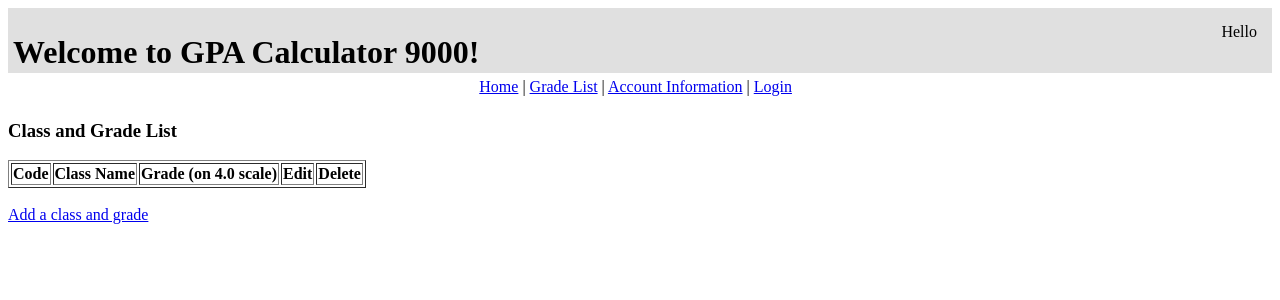
Repository: cheeseburger-engineering/gpaCalculator
Page: http://localhost/GPACalculator/WEB-INF/views/classListView.jsp
These files come from the project's save history. The page is drawn as it stood at one moment and after the next save; the edit follows.
The browser window is 1280 px wide. The pictures show the whole page.
The page is served by Tomcat 9. Nobody is signed in. Other server files are loaded and not shown. The template is opened directly, without the code that normally fills it, so the values that code supplies are empty.

Above is the page before, as saved 2019-06-03 01:16:33.

### GPACalculator/WebContent/WEB-INF/views/classListView.jsp
<%@ page language="java" contentType="text/html; charset=UTF-8"
 pageEncoding="UTF-8"%>
<%@ taglib uri="http://java.sun.com/jsp/jstl/core" prefix="c" %>
<!DOCTYPE html>
<html>
 <head>
    <meta charset="UTF-8">
    <title>Class and Grade List</title>
 </head>
 <body>

    <jsp:include page="_header.jsp"></jsp:include>
    <jsp:include page="_menu.jsp"></jsp:include>

    <h3>Class and Grade List</h3>

    <p style="color: red;">${errorString}</p>

    <table border="1" style="cellpadding:5" style="cellspacing:1" >
       <tr>
          <th>Code</th>
          <th>Class Name</th>
          <th>Grade (on 4.0 scale)</th>
          <th>Edit</th>
          <th>Delete</th>
       </tr>
       <c:forEach items="${gradeList}" var="grade" >
          <tr>
             <td>${grade.code}</td>
             <td>${grade.name}</td>
             <td>${grade.gpa}</td>
             <td>
                <a href="editClass?code=${grade.code}">Edit</a>
             </td>
             <td>
                <a href="deleteClass?code=${grade.code}">Delete</a>
             </td>
          </tr>
       </c:forEach>
    </table>

    <br/>
    <a href="addClass">Add a class and grade</a>

 </body>
</html>

### GPACalculator/WebContent/WEB-INF/views/_header.jsp
<%@ page language="java" contentType="text/html; charset=UTF-8" pageEncoding="UTF-8"%>

<div style="background: #E0E0E0; height: 55px; padding: 5px;">

	<div style="float: left">
		<h1>Welcome to GPA Calculator 9000!</h1>
	</div>

	<div style="float: right; padding: 10px; text-align: right;">
		<!-- User store in session with attribute: loginedUser -->
		Hello <b>${loginedUser.userName}</b>
	</div>

</div>

### GPACalculator/WebContent/WEB-INF/views/_menu.jsp
<%@ page language="java" contentType="text/html; charset=UTF-8" pageEncoding="UTF-8"%>

<div style="padding: 5px;">

	<a href="${pageContext.request.contextPath}/">Home</a>
	|
	<a href="${pageContext.request.contextPath}/classList">Grade List</a>
	|
	<a href="${pageContext.request.contextPath}/accountInfo">Account Information</a>
	|
	<!-- Conditionally display Sign In or Sign Out -->
	<a href="${pageContext.request.contextPath}/login">
		<% if(org.cheeseburger.gpacalculator.utils.MyUtils.getLoginedUser(session) == null){ %>
			Login
		<% } else { %>
			Logout
		<% } %>
	</a>

</div>

### GPACalculator/src/org/cheeseburger/gpacalculator/utils/MyUtils.java
package org.cheeseburger.gpacalculator.utils;
import java.sql.Connection;

import javax.servlet.ServletRequest;
import javax.servlet.http.Cookie;
import javax.servlet.http.HttpServletRequest;
import javax.servlet.http.HttpServletResponse;
import javax.servlet.http.HttpSession;

import org.cheeseburger.gpacalculator.beans.UserAccount;

public class MyUtils {

    public static final String ATT_NAME_CONNECTION = "ATTRIBUTE_FOR_CONNECTION";

    private static final String ATT_NAME_USER_NAME = "ATTRIBUTE_FOR_STORE_USER_NAME_IN_COOKIE";

    // Store Connection in request attribute.
    // (Information stored only exist during requests)
    public static void storeConnection(ServletRequest request, Connection conn) {
        request.setAttribute(ATT_NAME_CONNECTION, conn);
    }

    // Get the Connection object has been stored in attribute of the request.
    public static Connection getStoredConnection(ServletRequest request) {
        Connection conn = (Connection) request.getAttribute(ATT_NAME_CONNECTION);
        return conn;
    }

    // Store user info in Session.
    public static void storeLoginedUser(HttpSession session, UserAccount loginedUser) {
        // On the JSP can access via ${loginedUser}
        session.setAttribute("loginedUser", loginedUser);
    }

    // Get the user information stored in the session.
    public static UserAccount getLoginedUser(HttpSession session) {
        UserAccount loginedUser = (UserAccount) session.getAttribute("loginedUser");
        return loginedUser;
    }

    // Store info in Cookie
    public static void storeUserCookie(HttpServletResponse response, UserAccount user) {
        System.out.println("Store user cookie");
        Cookie cookieUserName = new Cookie(ATT_NAME_USER_NAME, user.getUserName());
        // 1 day (Converted to seconds)
        cookieUserName.setMaxAge(24 * 60 * 60);
        response.addCookie(cookieUserName);
    }

    public static String getUserNameInCookie(HttpServletRequest request) {
        Cookie[] cookies = request.getCookies();
        if (cookies != null) {
            for (Cookie cookie : cookies) {
                if (ATT_NAME_USER_NAME.equals(cookie.getName())) {
                    return cookie.getValue();
                }
            }
        }
        return null;
    }

    // Delete cookie.
    public static void deleteUserCookie(HttpServletResponse response) {
        Cookie cookieUserName = new Cookie(ATT_NAME_USER_NAME, null);
        // 0 seconds (This cookie will expire immediately)
        cookieUserName.setMaxAge(0);
        response.addCookie(cookieUserName);
    }

}

After the next save:
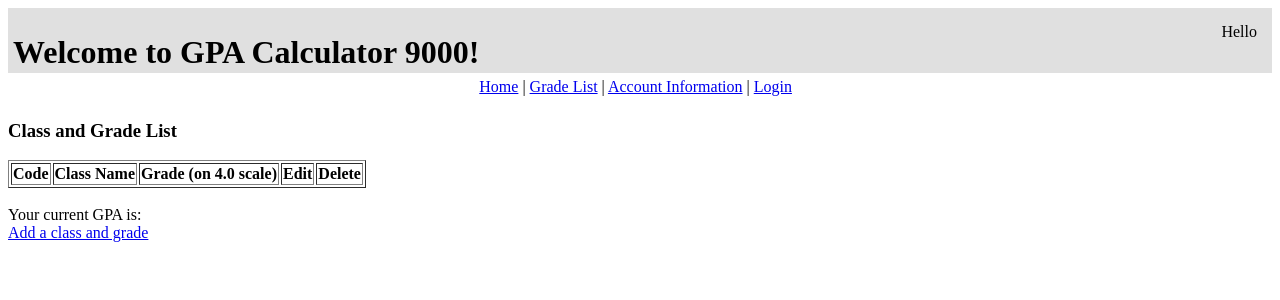
Saved 39 s later.
--- a/GPACalculator/WebContent/WEB-INF/views/classListView.jsp
+++ b/GPACalculator/WebContent/WEB-INF/views/classListView.jsp
@@ -40,6 +40,8 @@
     </table>
 
     <br/>
+    Your current GPA is:
+    <br/>
     <a href="addClass">Add a class and grade</a>
 
  </body>
